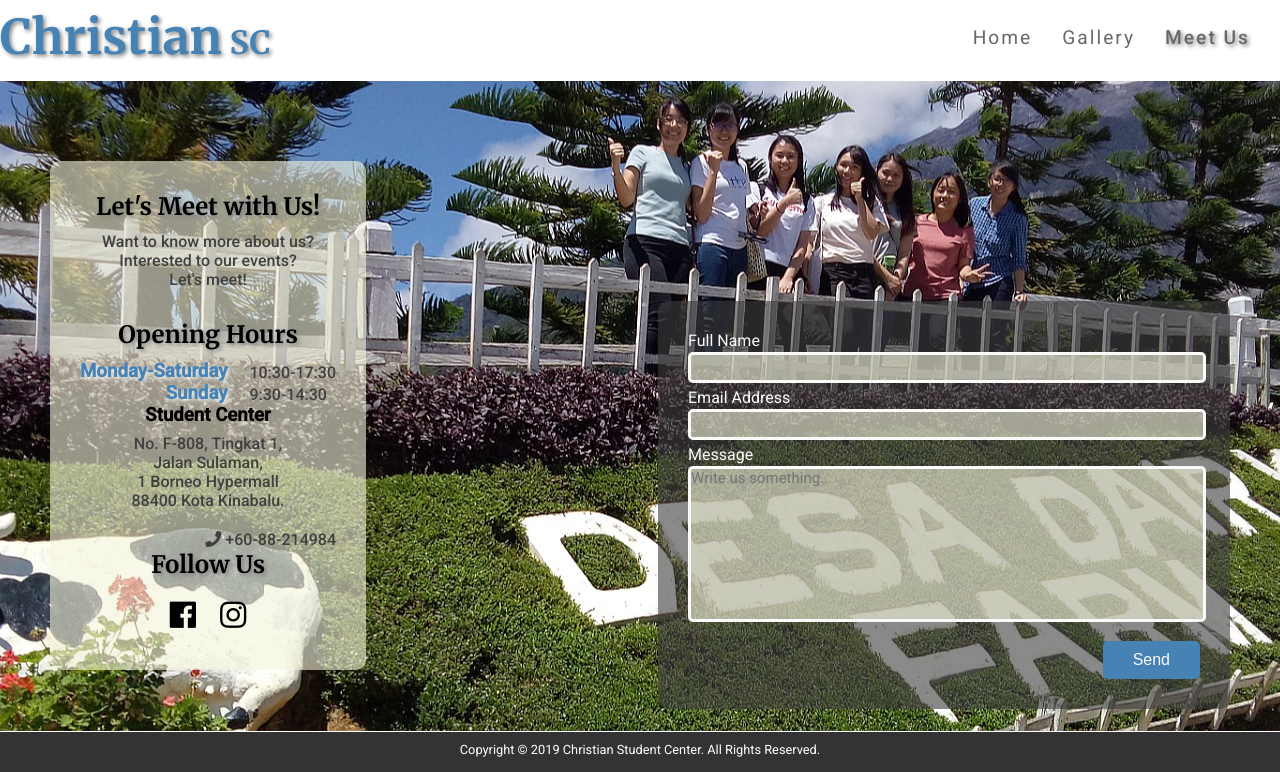
Repository: kongteckmee/christian-sc
Page: meet.html
The author's editor kept a record of every edit. The page is drawn from the files as they stood at one moment, then again after the next edit.
The browser window is 1280 px wide. The pictures show the whole page.
Some web libraries are served in a nearby version.

Above is the page before.

### meet.html
<!DOCTYPE html>
<html lang="en">

<head>
    <meta charset="UTF-8">
    <meta name="viewport" content="width=device-width, initial-scale=1.0">
    <meta http-equiv="X-UA-Compatible" content="ie=edge">
    <link rel="stylesheet" href="https://use.fontawesome.com/releases/v5.1.1/css/all.css" integrity="sha384-O8whS3fhG2OnA5Kas0Y9l3cfpmYjapjI0E4theH4iuMD+pLhbf6JI0jIMfYcK3yZ" crossorigin="anonymous">
    <link rel="stylesheet" href="assets/css/style.css" type="text/css" />
    <title>Christian Student Center</title>
</head>

<body>
    <header>
        <a id="logo" href="index.html">
            <h2><span style="font-size: 150%">Christian</span> SC</h2>
        </a>
        <nav>
            <ul id="scmenu">
                <li>
                    <a class="scactive" href="meet.html">Meet Us</a>
                </li>
                <li>
                    <a href="gallery.html">Gallery</a>
                </li>
                <li>
                    <a href="index.html">Home</a>
                </li>
            </ul>
        </nav>
    </header>
    <section id="meet">
        <div id="location">
            <div id="contact">
                <h2>Let's Meet with Us!</h2>
                <p>Want to know more about us?</p>
                <p>Interested to our events?</p>
                <p>Let's meet!</p>
            </div>
            <div id="open">
                <h2>Opening Hours</h2>
                <div id="day">
                    <h3>Monday-Saturday</h3>
                    <h3>Sunday</h3>
                </div>
                <div id="time">
                    <p>10:30-17:30</p>
                    <p>9:30-14:30</p>
                </div>
            </div>
            <div id="address">
                <h3>Student Center</h3>
                <br>
                <p>No. F-808, Tingkat 1,</p>
                <p>Jalan Sulaman,</p>
                <p>1 Borneo Hypermall</p>
                <p>88400 Kota Kinabalu.</p>
            </div>
            <div id="phone">
                <p><i class="fas fa-phone"></i> +60-88-214984</p>
            </div>
            <div id="follow">
                <h2>Follow Us</h2>
                <nav>
                    <ul id="social">
                        <li><a href="https://www.facebook.com/thechurchinkk/" target="_blank"> <i class="fab fa-facebook"></i></a></li>
                        <li><a href="https://www.instagram.com/studentcenterkk/" target="_blank"> <i class="fab fa-instagram"></i></a></li>
                    </ul>
                </nav>
            </div>
        </div>
        <div id="form">
            <form>
                <label for="fullname">Full Name</label>
                <input class="place-input" type="text" name="full_name" id="fullname" required />
                <label for="email">Email Address</label>
                <input class="place-input" type="email" name="email_address" id="email" required />
                <label for="message">Message</label>
                <textarea class="place-input" id="message" name="message" placeholder="Write us something.." style="height:150px" required></textarea>
                <button type="submit">Send</button>
            </form>
        </div>
    </section>
    <footer>
        <div id="footer-copyright">
            <p>Copyright © 2019 Christian Student Center. All Rights Reserved.</p>
        </div>
    </footer>
</body>

</html>

### assets/css/style.css
@import url('https://fonts.googleapis.com/css?family=Merriweather:500,600,700|Roboto:300,400,500');

* {
    margin: 0;
    padding: 0;
    border: 0;
}

body {
    font-family: 'Roboto', sans-serif;
    color: #696969; /*Grey color */
}

/* ------------------------------------------------------ Header */

#logo {
    float: left;
    text-decoration: none;
}

#logo h2 {
    font-family: 'Merriweather', serif;
    font-size: 200%;
    color: #4682b4; /* Steel Blue color */
    text-shadow: 2px 2px 4px #808080;
}

#scmenu {
    font-size: 120%;
    list-style-type: none;
    letter-spacing: 2px;
}

#logo, #scmenu {
    line-height: 75px;
}

#scmenu li {
    float: right;
    margin-right: 30px;
}

#scmenu a {
    text-decoration: none;
    color: inherit;
}

#scmenu a:hover {
    color: #4682b4; /* Steel Blue color */
    font-weight: 500;
    text-shadow: 2px 2px 4px #808080;
}

.scactive {
    font-weight: 500;
    text-shadow: 2px 2px 4px #808080;
}

/* ------------------------------------------------------ Section: Welcome */

#scmeeting {
    height: 700px;
    width: 100%;
    background: url("../img/meeting-t.jpg") no-repeat center center;
}

#scgallery {
    height: 550px;
    width: 100%;
    background: url("../img/r_combined-t.jpg") no-repeat center center;
    margin-left: 140px;
    overflow: hidden;
}

#outing {
    height: 720px;
    width: 100%;
}

#photo img {
    width: 49%;
    margin-left: 4px;
}

#scmeetingrange {
    height: 700px;
    width: 100%;
    overflow: hidden;
}

#welcome-text {
    width: 400px;
    height: 220px;
    color: #fefcff; /* Milky white */
    background-color: rgba(212,175,55,.7);
    padding-top:20px;
    bottom: 35px; /* Fixed the welcome text box-bottom */
    right: 100px; /* Fixed the welcome text box-right */
    position: absolute;
}

#gallery-text {
    width: 350px;
    height: 350px;
    color: #fefcff; /* Milky white */
    background-color: rgba(219,112,147,.7);
    padding-top:20px;
    bottom: 200px;
    right: 940px;
    position: absolute;
}

#outing-text h1, #photo h1 {
    text-shadow: 2px 2px 4px #808080;
}

#video iframe {
    margin: 0 auto;
    display: block;
}

#welcome-text h1 {
    margin-bottom: 5px;
    font-size: 300%;
    font-family: 'Merriweather', serif;
    text-transform: uppercase;
    text-align: center;
    letter-spacing: 4px;
}

#gallery-text h1, #outing-text h1, #photo-text h1 {
    margin-top: 10px;
    margin-bottom: 20px;
    font-size: 250%;
    font-family: 'Merriweather', serif;
    /*text-transform: uppercase;*/
    text-align: center;
    letter-spacing: 4px;
}

hr {
    width: 80%;
    height: 3px;
    margin-left: auto;
    margin-right: auto;
    background-color:#fefcff; /* Milky white */
}

#welcome-text h3 {
    margin: 20px;
    font-size: 130%;
    font-weight: 300;
    text-align: center;
}

#gallery-text h3, #outing-text h3, #photo-text h3 {
    margin: 35px;
    font-size: 130%;
    font-weight: 300;
    text-align: center;
}

/* ------------------------------------------------------ Section: About */

#about {
    height: 500px;
}

#about h1 {
    margin-top: 30px;
    margin-bottom: 30px;
    font-family: 'Merriweather', serif;
    color: #4682b4; /* Steel Blue color */
    text-transform: uppercase;
    text-align: center;
    text-shadow: 2px 2px 4px #808080;
    font-size: 200%;
    letter-spacing: 1px;
}

#about h2 {
    font-family: 'Merriweather', serif;
    font-size: 130%;
    text-transform: uppercase;
    text-shadow: 2px 2px 4px #808080;
}

#left {
    margin-right: 30px;
    padding-top: 30px;
    width: 30%;
    float: left;
}

#right {
    margin-right: 30px;
    padding-top: 30px;
    width: 30%;
    float: right;
}

#center {
    padding-top: 30px;
    width: 33%;
    margin: 0 auto; /* center the div */
}

br {
    display: block;
    content: "";
    margin: 2em;
    font-size: 24%; /* spacing */
}

.left-right-side {
    width: 50%;
    float: right;
    padding-top: 40px;
    clear: both;
    margin-left: 20px;
    margin-bottom: 50px;
}

.middle {
    width: 50%;
    float: right;
    padding-top: 40px;
    margin-right: 20px;
}

#container {
    width: 150px;
    height: 150px;
    border: 3px solid #cccccc;
    border-radius: 50%;
    margin-left: 20px;
    margin-bottom: 20px;
}

#contain-study {
    background: url("../img/study-group.jpg") no-repeat center center;
    height: 100%;
    border-radius: 50%;
}

#contain-wifi {
    background: url("../img/free-wifi.jpg") no-repeat center center;
    height: 100%;
    border-radius: 50%;
}

#contain-seminar {
    background: url("../img/truth-seminar.jpg") no-repeat center center;
    height: 100%;
    border-radius: 50%;
}

#contain-bible {
    background: url("../img/bible-study.jpg") no-repeat center center;
    height: 100%;
    border-radius: 50%;
}

#contain-cafe {
    background: url("../img/cafe.jpg") no-repeat center center;
    height: 100%;
    border-radius: 50%;
}

#contain-books {
    background: url("../img/spiritual-book.jpg") no-repeat center center;
    height: 100%;
    border-radius: 50%;
}

/* ------------------------------------------------------ Section: Event */

#event {
    height: 250px;
    /*background-color: #a9a9a9;*/
}

#event div {
    color: #ffebcd;
    width: 19.2%;
    height: 90%;
    float: left;
    padding-top: 30px;
    text-align: center;
    margin: 5px;
}

#event h2 {
    color: #ffffff;
    font-family: 'Merriweather', serif;
    margin-bottom: 20px;
}

#event h3 {
    margin-top: 20px;
    font-weight: 400;
}

.black {
    background-color: rgba(48,48,48,.8);
}

.black h2 {
    line-height: 120px;
    text-transform: uppercase;
    text-shadow: 5px 5px 0px rgba(0,0,0,0.2);
}

.black h3 {
    color: #ffffff;
    font-size: 200%;
    text-shadow: 5px 5px 0px rgba(0,0,0,0.2);
}

.grey {
    background-color: rgba(105,105,105,.8);
}

.green {
    background-color: rgba(102,102,0,.8);
}

/* ------------------------------------------------------ Meet Us page */

#meet {
    height: 650px;
    width: 100%;
    clear: both;
    background: url("../img/desa.jpg") no-repeat center center;
}

#location {
    width: 20%;
    margin: 80px 0 0 50px;
    padding: 30px 30px 30px 30px;
    float: left;
    background-color: rgba(245,245,220,0.6);
    border-radius: 10px;
    color: #000;
    text-align: center;
}

#location h2 {
    font-family: 'Merriweather', serif;
    text-shadow: 2px 2px 4px #808080;
    margin-bottom: 10px;
}

#open {
    padding-top: 30px;
}

#day{
    float: left;
    text-align: right;
}

#day h3 {
    color: #4682b4;
    text-shadow: 2px 2px 4px #fff;
}

#time {
    float: right;
    text-align: left;
    color: #404040;
}

#time p {
    margin-top: 3px;
    font-weight: 500;
}

#address {
    clear: both;
    margin-top: 20px;
}

#address h3 {

}

#phone {
    float: right;
    margin-top: 20px;
}

#contact p, #address p, #phone p {
    font-weight: 500;
    color: #404040;
}

#follow {
    clear: both;
    margin-top: 20px;
}

#social li {
    display: inline;
}

#social i {
    font-size: 30px;
    margin: 10px;
    color: #000;
}

#social i:hover {
    color: #4682b4;
}

#form {
    width: 40%;
    margin: 220px 50px 0 0;
    padding: 30px 30px 30px 30px;
    float: right;
    background-color: rgba(60,60,60,0.6);
    border-radius: 10px;
    color: #fafafa;
}

.place-input {
    background-color: rgba(245,245,220,0.6);
    width: 100%;
    height: 25px;
    margin: 2px 0 5px 0;
    border: 3px solid #fafafa;
    border-radius: 5px;
    font-family: 'Roboto', sans-serif;
    font-size: 15px;
}

.place-input:hover {
    border-color: #4682b4;
}

textarea {
    resize: none;
}

button {
    background-color: #4682b4;
    margin-top: 10px;
    padding: 10px 30px 10px 30px;
    border-radius: 5px;
    color: #fafafa;
    font-size: 100%;
    text-align: center;
    display: block;
    float: right;
}

button:hover {
    background-color: #fafafa;
    color: #4682b4;
}

/* ------------------------------------------------------ Footer */

footer {
    /*margin-top: 5px;*/
    border-top: 1px solid #fff;
    height: 40px;
    width: 100%;
    background-color: #333333;
    clear: both;
}

footer #footer-copyright {
    color: #fff;
    line-height: 35px;
    font-size: 80%;
    text-align: center;
}

After the next edit:
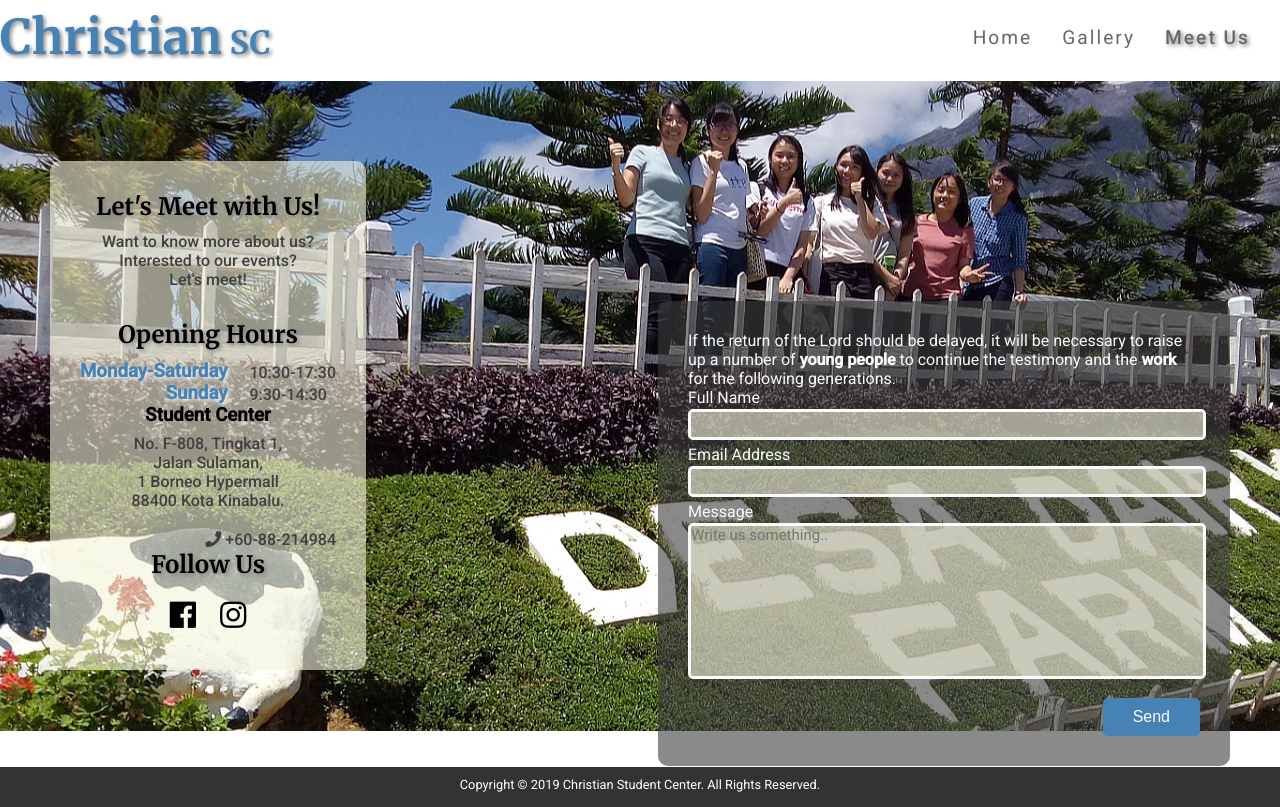
The edit:
--- a/meet.html
+++ b/meet.html
@@ -71,6 +71,7 @@
         </div>
         <div id="form">
             <form>
+                <p>If the return of the Lord should be delayed, it will be necessary to raise up a number of <strong>young people</strong> to continue the testimony and the <strong>work</strong> for the following generations.</p>
                 <label for="fullname">Full Name</label>
                 <input class="place-input" type="text" name="full_name" id="fullname" required />
                 <label for="email">Email Address</label>
